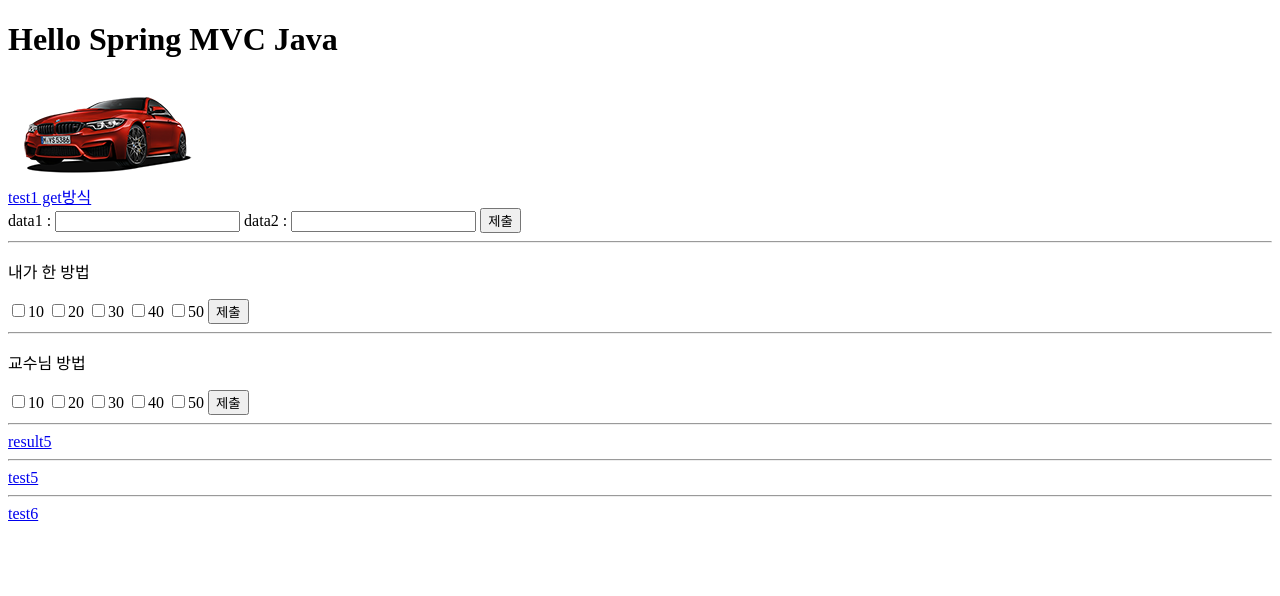
Repository: kangseongwuk/Spring
Page: http://localhost/WebSpringSample3_parameter/WEB-INF/views/index.jsp
The author's editor kept a copy of each file at every save. The page is drawn from the files as they stood at one save, then again after the next save.
The browser window is 1280 px wide. The pictures show the whole page.
The page is served by Tomcat 9. Nobody is signed in. The template is opened directly, without the code that normally fills it, so the values that code supplies are empty.

Above is the page before, as saved 2022-10-11 05:48:51.
Console error: TypeError: Cannot read properties of null (reading 'checked')

After the next save:
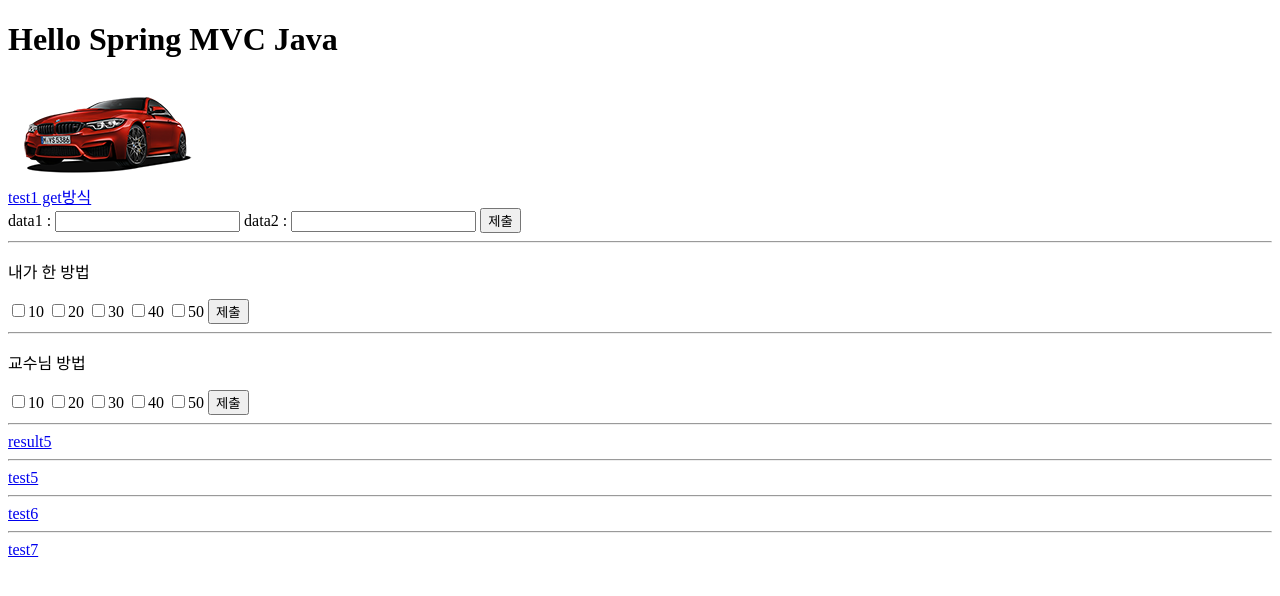
Saved 6 min 16 s later.
--- a/WebSpringSample3_parameter/src/main/webapp/WEB-INF/views/index.jsp
+++ b/WebSpringSample3_parameter/src/main/webapp/WEB-INF/views/index.jsp
@@ -65,6 +65,8 @@
 	<a href="test5/100/200/300/400/500">test5</a>
 	<hr>
 	<a href="test6?data1=100&data2=200&data3=300&data4=400&data5=500">test6</a>
+	<hr>
+	<a href="test7?data1=100&data2=200&data3=300&data4=400&data5=500">test7</a>
 
 
 </body>
